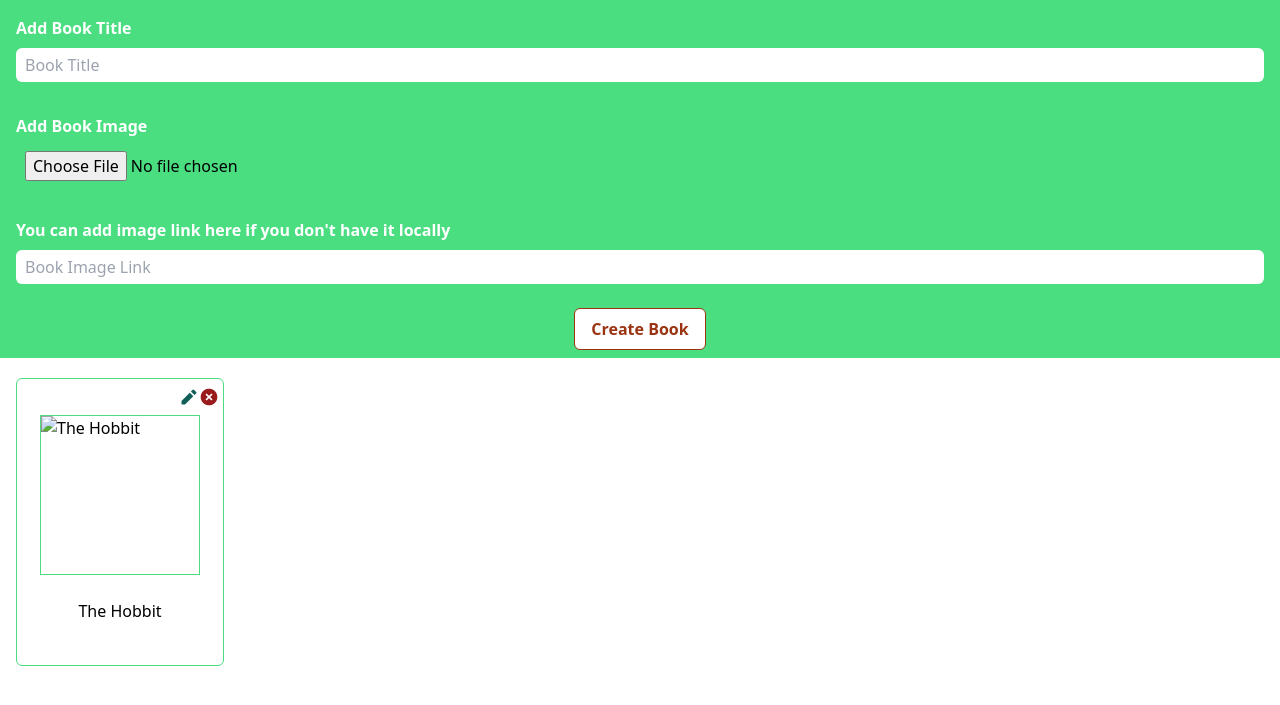
Repository: Marhamat92/booksappwithcontext
Page: /
These files come from the project's save history. The page is drawn as it stood at one moment and after the next save; the edit follows.
The browser window is 1280 px wide. The pictures show the whole page.
The project was rebuilt for these pictures with package versions that can differ from the ones it lists, and the page was loaded fresh each time. Requests to the local data server were answered from the project's data file. Also part of the build but not shown: src/App.css, src/components/Books/EditBook.tsx.

Above is the page before, as saved 2022-12-10 18:00:13.

After the next save:
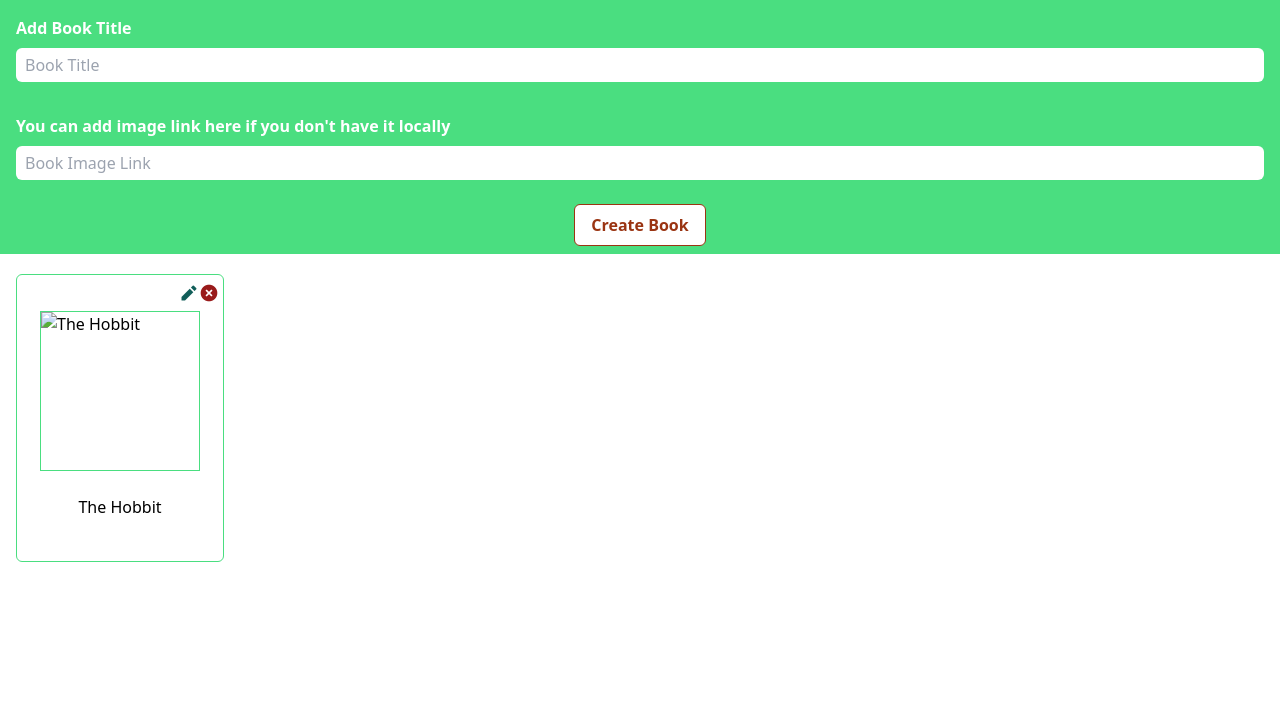
Saved 2 min 6 s later.
--- a/src/App.tsx
+++ b/src/App.tsx
@@ -85,7 +85,7 @@ function App() {
             value={title}
             onChange={handleTitleChange}
           />
-          <ImageInput onChange={handleImageChange} label='Add Book Image' />
+          {/* <ImageInput onChange={handleImageChange} label='Add Book Image' /> */}
           <TextInput
             label="You can add image link here if you don't have it locally"
             placeholder='Book Image Link'
